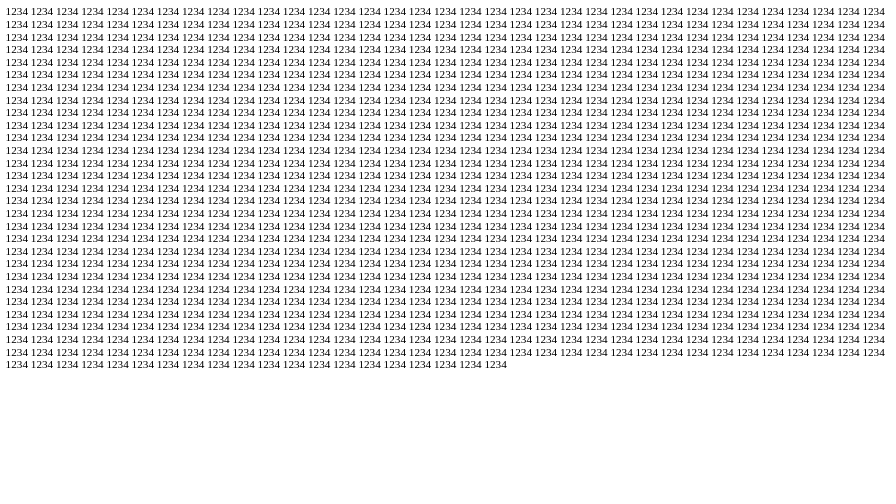
Repository: seminocoe/JSP_STUDY
Page: http://localhost/ServletProject/sample/BufferEx.jsp
The author's editor kept a copy of each file at every save. The page is drawn from the files as they stood at one save, then again after the next save.
The browser window is 1280 px wide. The pictures show the part of the page from y = 0 to 1920 px (the page is 720 px tall before and 5164 px after), at 70% of full size.
The page is served by Tomcat 9. Nobody is signed in. The application's start-up code is not run.

Above is the page before, as saved 2022-08-01 05:24:59.

After the next save:
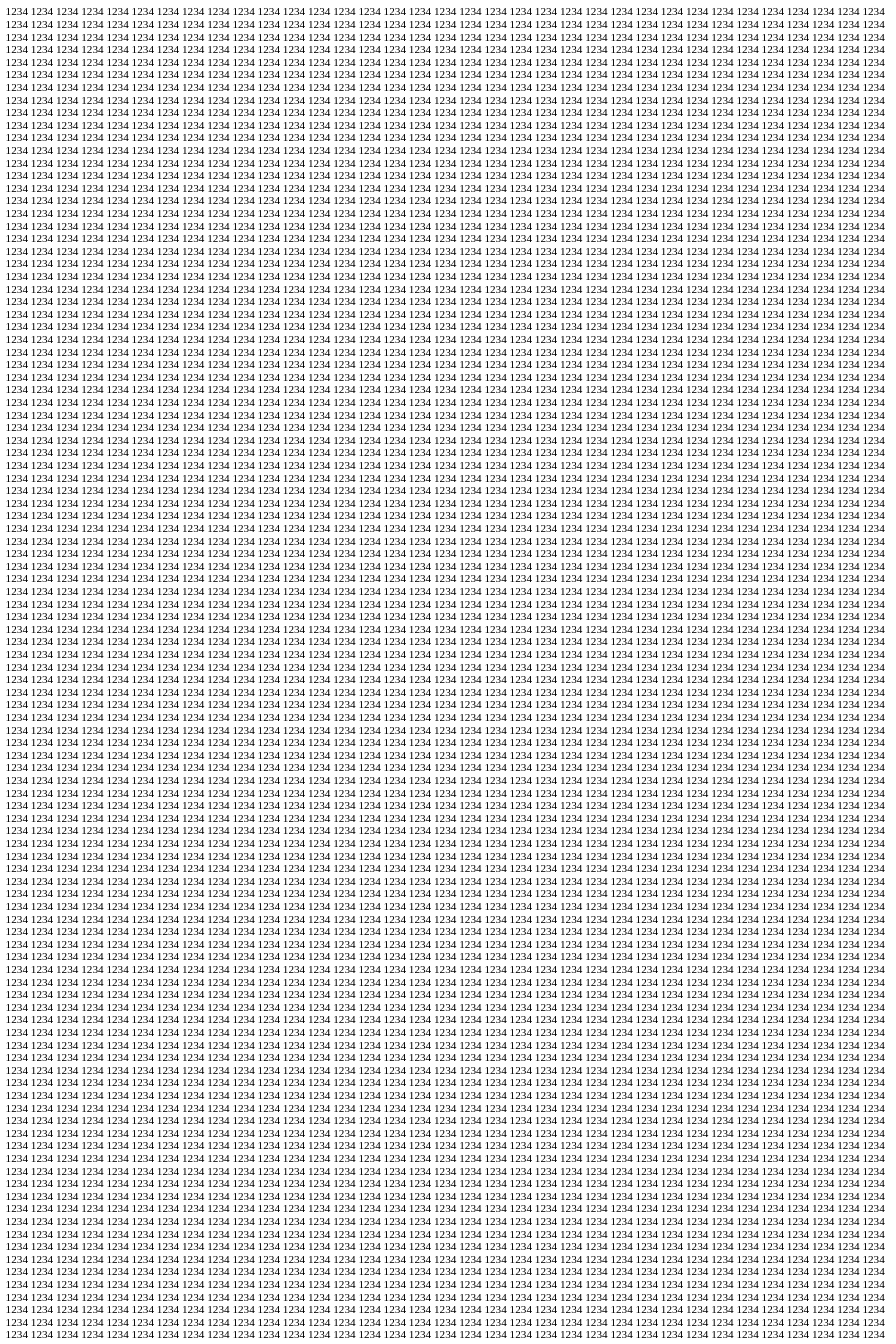
Saved 34 s later.
--- a/ServletProject/src/main/webapp/sample/BufferEx.jsp
+++ b/ServletProject/src/main/webapp/sample/BufferEx.jsp
@@ -8,7 +8,7 @@
 <title></title>
 </head>
 <body>
-<%for(int i = 0 ; i<1000; i++){%>
+<%for(int i = 0 ; i<10000; i++){%>
 1234
 <%} %>
 </body>
